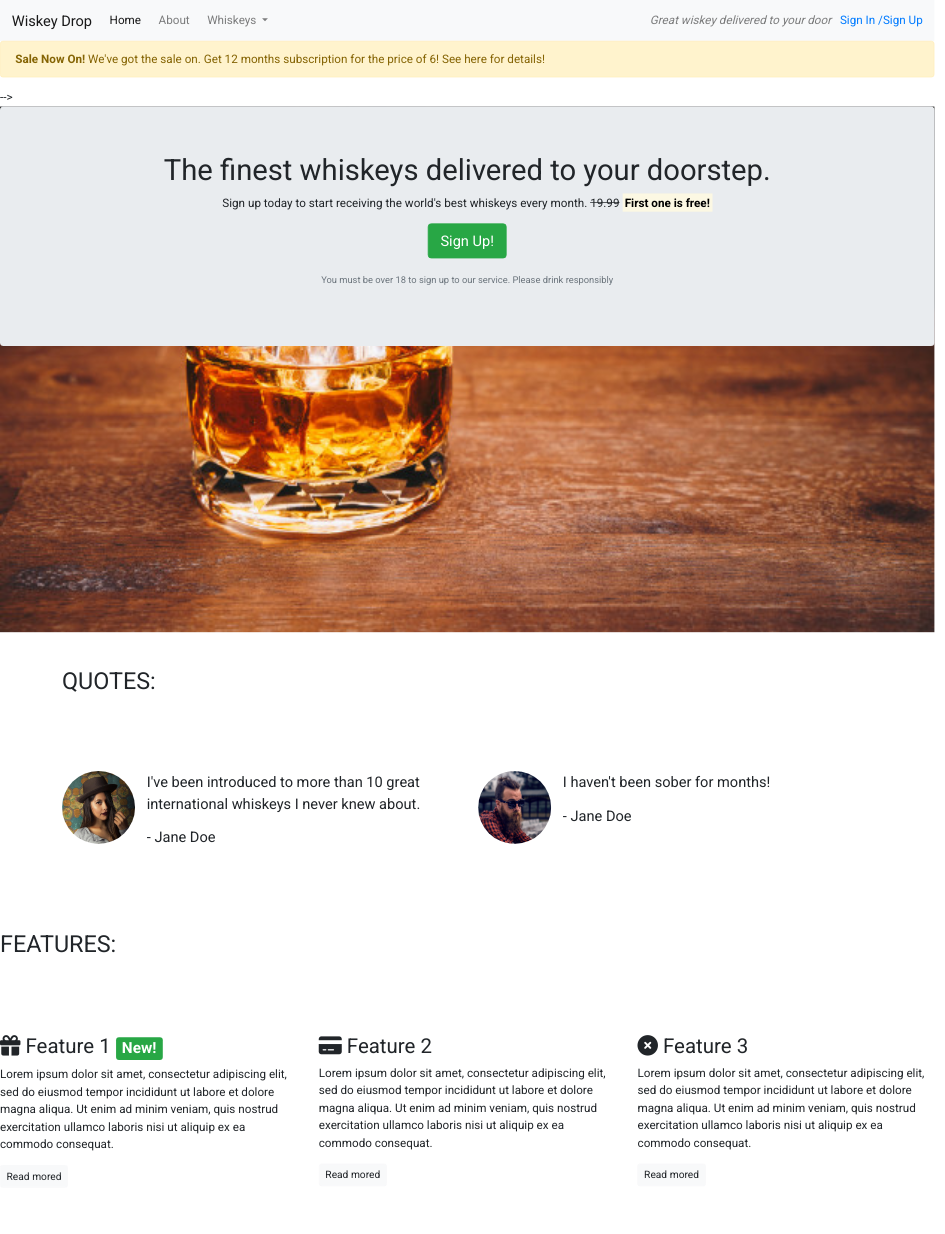
Repository: manub7/bootstrap4-mobile-first
Page: index.html
The author's editor kept a record of every edit. The page is drawn from the files as they stood at one moment, then again after the next edit.
The browser window is 1280 px wide. The page is 1295 px wide, so the pictures cover 1295 px, including what lies to the right of the window. The pictures show the whole page, at 73% of full size.
Backgrounds fixed to the window are drawn as part of the page. Some web libraries are served in a nearby version.

Above is the page before.

After the next edit:
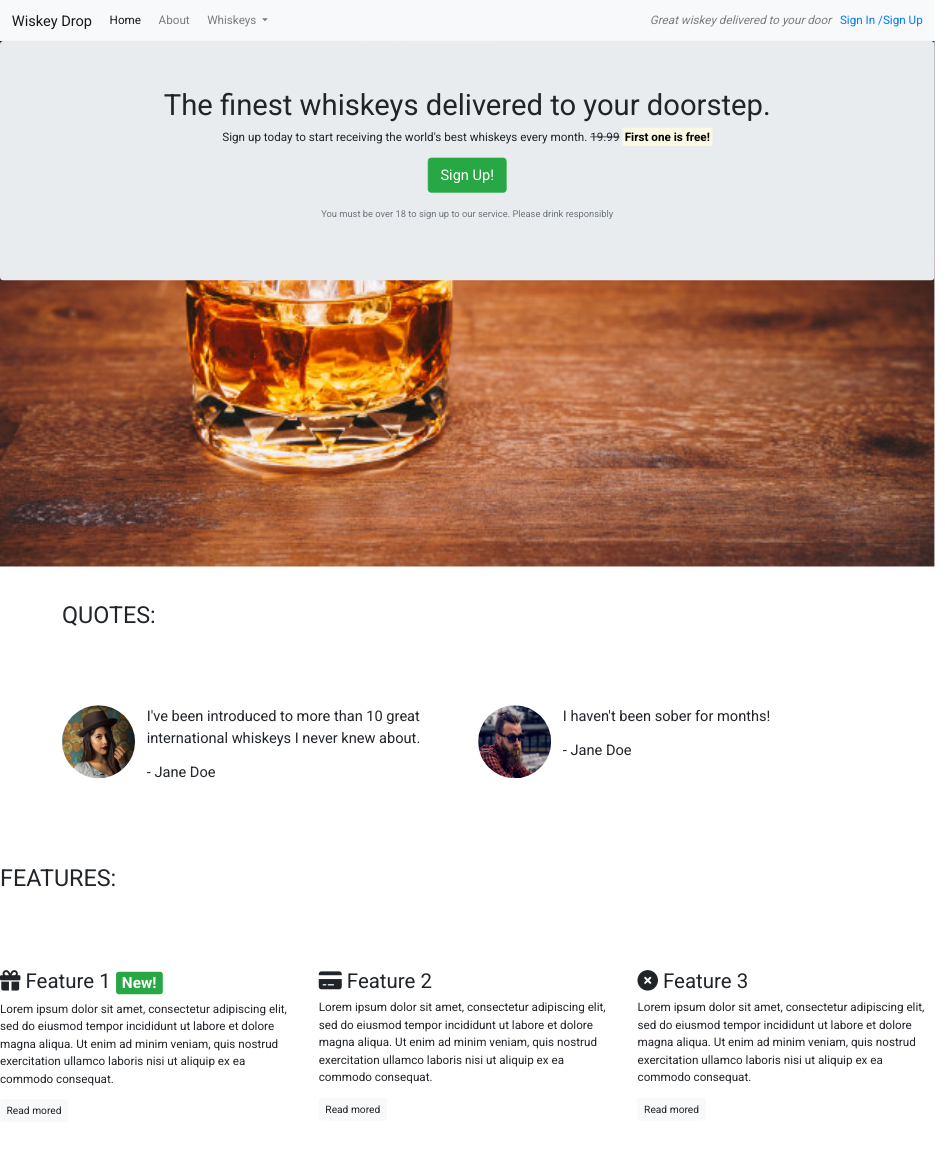
The edit:
--- a/index.html
+++ b/index.html
@@ -46,7 +46,7 @@
         </div>
 
     </nav>
-    <! -- <div class="container alert-container">
+    <!-- <div class="container alert-container">
         <div class="row d-none d-sm-block">
             <div class="col-12">
                 <div class="alert alert-warning">
